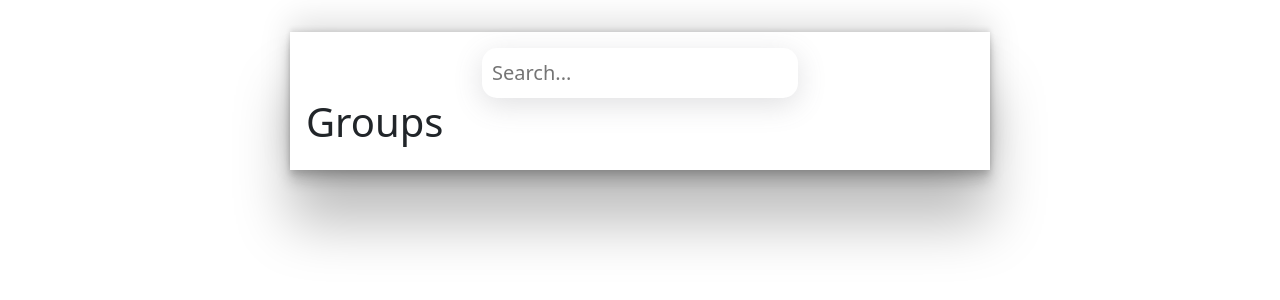
Repository: Omk1/RUStudy
Page: /
The author's editor kept a copy of each file at every save. The page is drawn from the files as they stood at one save, then again after the next save.
The browser window is 1280 px wide. The pictures show the whole page.
The page's requests for data from a server got no answer. The project was rebuilt for these pictures with package versions that can differ from the ones it lists, and the page was loaded fresh each time. No one was signed in, and anything a server would have sent is missing. Also part of the build but not shown: src/Table.js, src/custom.scss.

Above is the page before, as saved 2023-10-08 09:14:12.

After the next save:
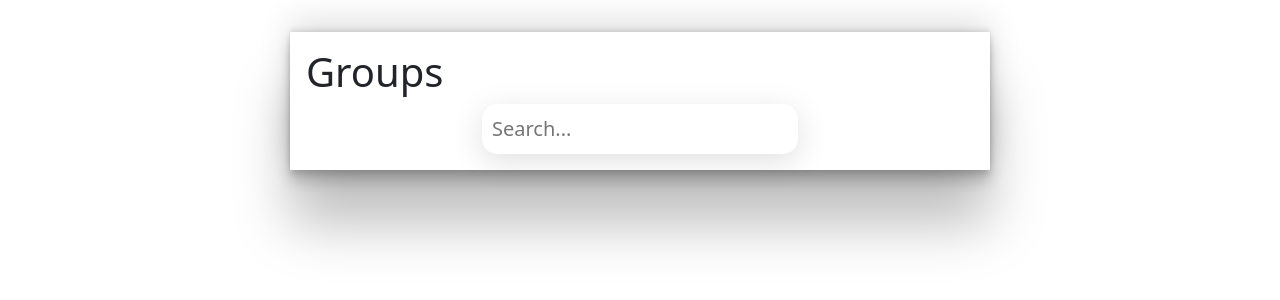
Saved 13 s later.
--- a/src/App.js
+++ b/src/App.js
@@ -49,11 +49,11 @@ function App() {
   return (
     <div className="app">
       <container>
+          <h1>Groups</h1>
           <input
           placeholder="Search..."
           className="search"
           onChange={e=> setQuery(e.target.value.toLowerCase())}/>
-          <h1>Groups</h1>
           {
             search(groups).map((data) => (
                 <Table title={data.title}
